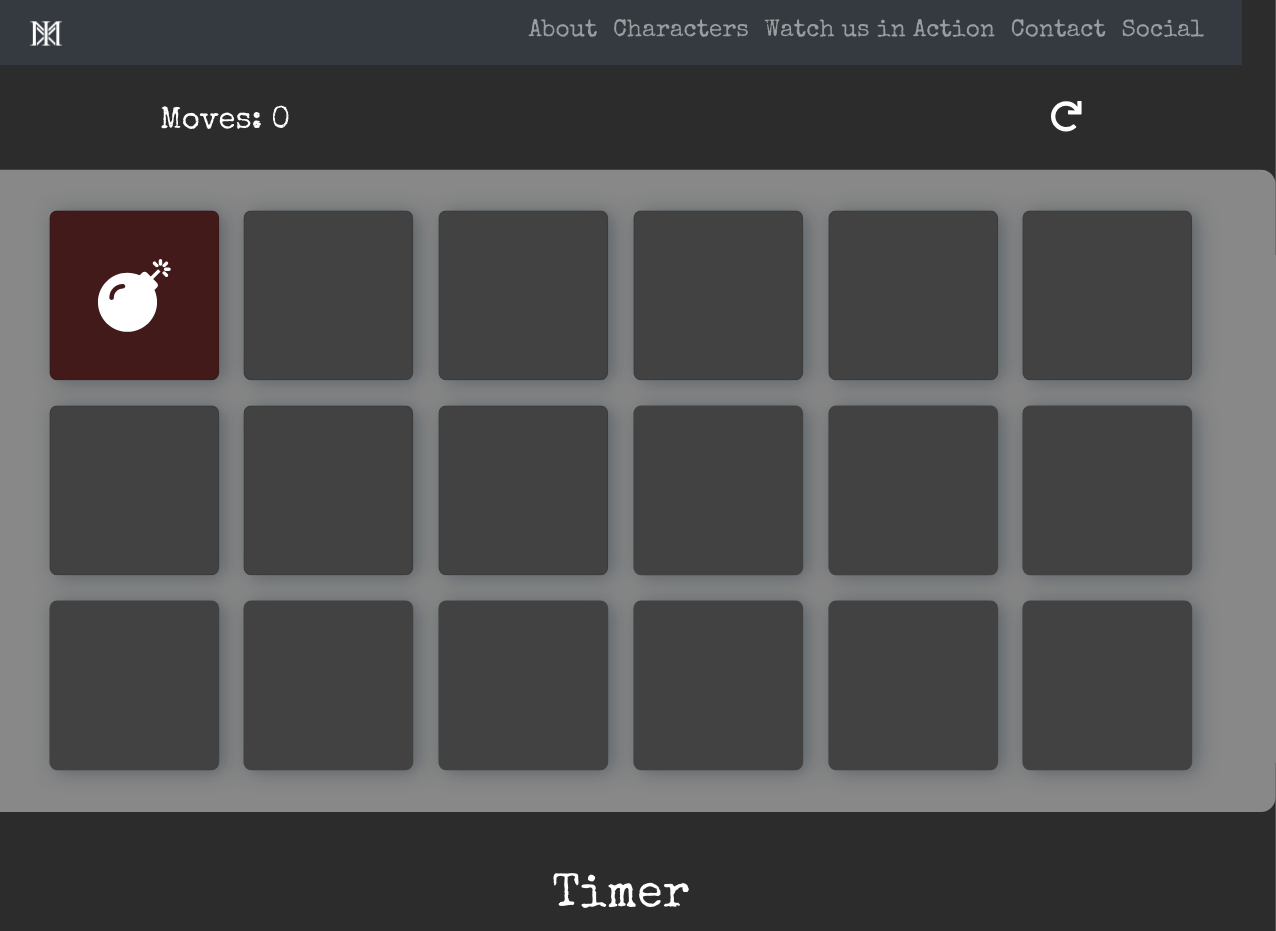
Repository: Code-Institute-Submissions/Milestone-25
Page: game.html
The author's editor kept a record of every edit. The page is drawn from the files as they stood at one moment, then again after the next edit.
The browser window is 1280 px wide. The page is 1315 px wide, so the pictures cover 1315 px, including what lies to the right of the window. The pictures show the whole page, at 97% of full size.
Some web libraries are served in a nearby version.

Above is the page before.
Console error: SyntaxError: Unexpected token ')'

After the next edit:
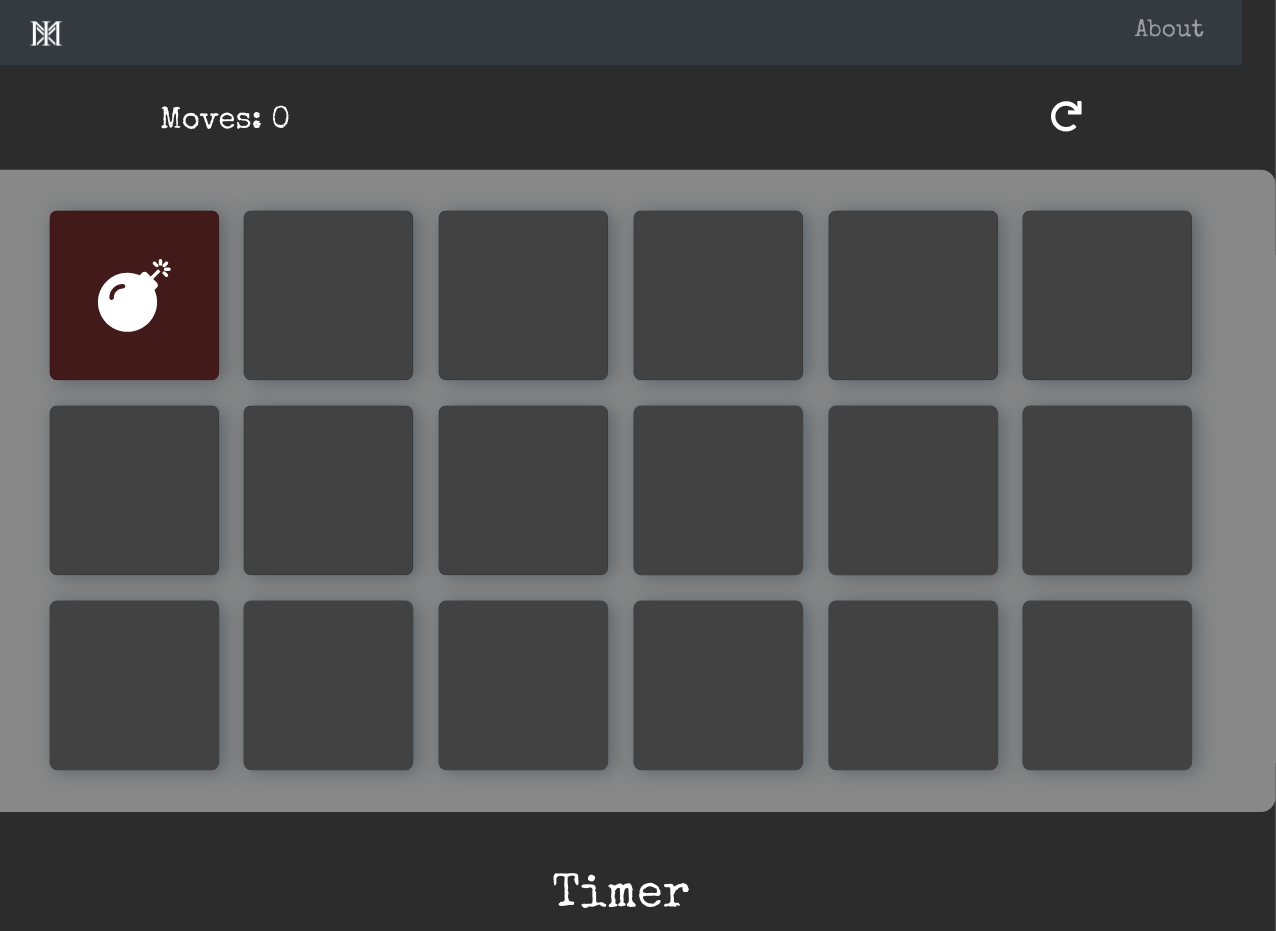
The edit:
--- a/game.html
+++ b/game.html
@@ -25,18 +25,6 @@
         <ul class="navbar-nav ml-auto">
           <li class="nav-item">
             <a class="nav-link" href="#about">About</a>
-          </li>
-          <li class="nav-item">
-            <a class="nav-link" href="#characters">Characters</a>
-          </li>
-          <li class="nav-item">
-            <a class="nav-link" href="#episode">Watch us in Action</a>
-          </li>
-          <li class="nav-item">
-            <a class="nav-link" href="#contact">Contact</a>
-          </li>
-          <li class="nav-item">
-            <a class="nav-link" href="#sociallinks">Social</a>
           </li>
         </ul>
       </div>
@@ -123,7 +111,7 @@
 
 
 
-<script type="text/javascript" src="./assets/js/main.js"></script>
-</body>
+  <script type="text/javascript" src="./assets/js/main.js"></script>
+  </body>
 
 </html>
